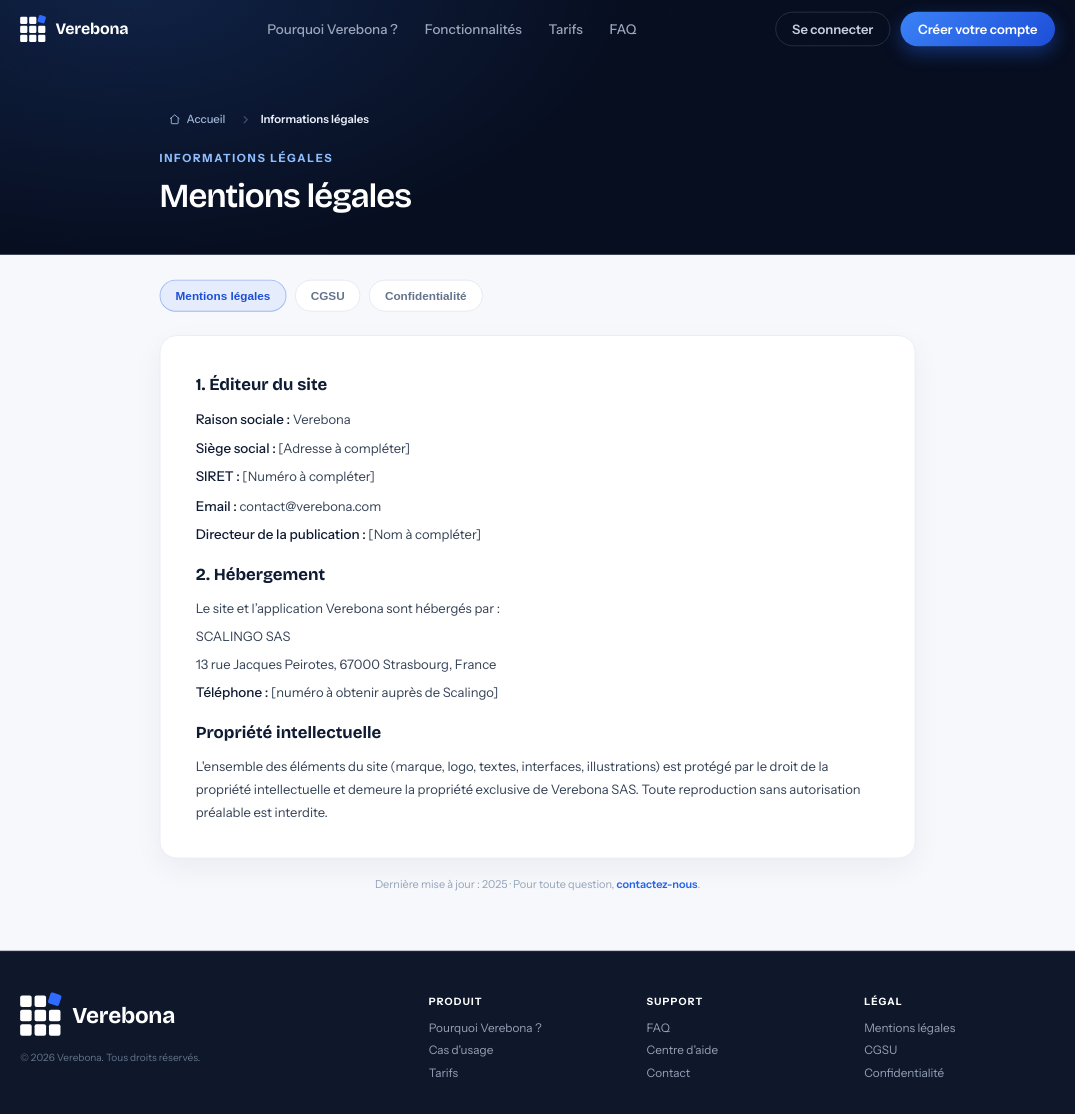
Repository: AdminVerebona/verebona-public
Page: /mentions-legales
These files come from the project's save history. The page is drawn as it stood at one moment and after the next save; the edit follows.
The browser window is 1280 px wide. The pictures show the whole page, at 84% of full size.
The project was rebuilt for these pictures with package versions that can differ from the ones it lists, and the page was loaded fresh each time. Also part of the build but not shown: next.config.mjs, vite.config.js, vite.config.ts, src/composables/useLanding.ts, src/sections/HeroSection.vue, src/sections/WhySection.vue, src/sections/UseCasesSection.vue, src/sections/FeaturesSection.vue and 6 more.

Above is the page before, as saved 2026-07-10 15:14:45.

After the next save:
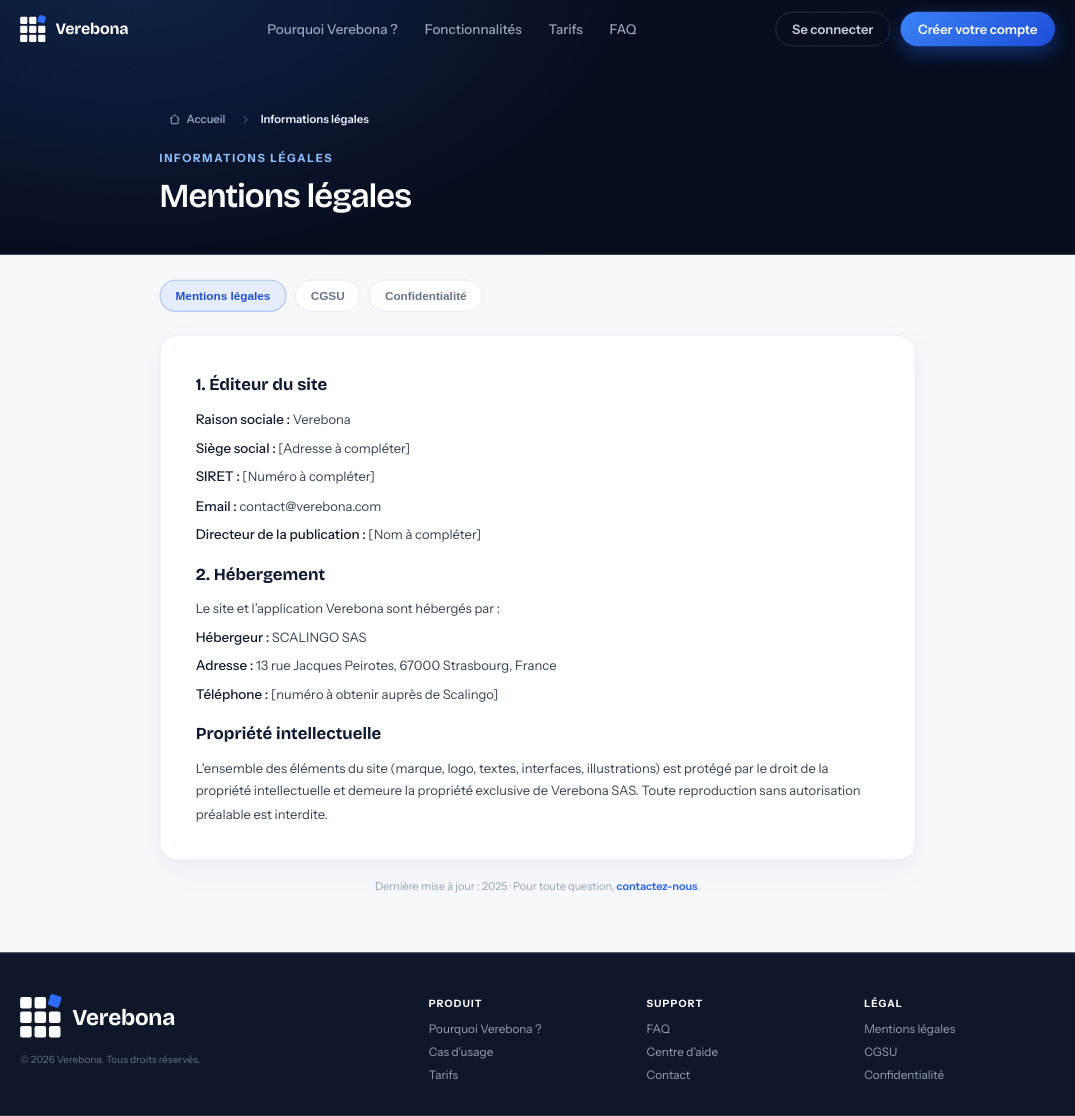
Saved 26 s later.
--- a/src/views/LegalView.vue
+++ b/src/views/LegalView.vue
@@ -25,8 +25,8 @@
           <p style="margin:0 0 16px"><span style="font-size:16px;font-weight:500;color:#0F1B33">Directeur de la publication :</span> [Nom à compléter]</p>
           <h2 style="font-size:20px;font-weight:700;color:#0F1B33;font-family:'Bricolage Grotesque',sans-serif;margin:0 0 10px">2. Hébergement</h2>
           <p style="margin:0 0 6px">Le site et l’application Verebona sont hébergés par : </p>
-          <p style="margin:0 0 6px">SCALINGO SAS</p>
-          <p style="margin:0 0 6px">13 rue Jacques Peirotes, 67000 Strasbourg, France</p>
+          <p style="margin:0 0 6px"><span style="font-size:16px;font-weight:500;color:#0F1B33">Hébergeur :</span> SCALINGO SAS</p>
+          <p style="margin:0 0 6px"><span style="font-size:16px;font-weight:500;color:#0F1B33">Adresse :</span> 13 rue Jacques Peirotes, 67000 Strasbourg, France</p>
           <p style="margin:0 0 16px"><span style="font-size:16px;font-weight:500;color:#0F1B33">Téléphone :</span> [numéro à obtenir auprès de Scalingo]</p>
           <h2 style="font-size:20px;font-weight:700;color:#0F1B33;font-family:'Bricolage Grotesque',sans-serif;margin:0 0 10px">Propriété intellectuelle</h2>
           <p style="margin:0">L'ensemble des éléments du site (marque, logo, textes, interfaces, illustrations) est protégé par le droit de la propriété intellectuelle et demeure la propriété exclusive de Verebona SAS. Toute reproduction sans autorisation préalable est interdite.</p>
